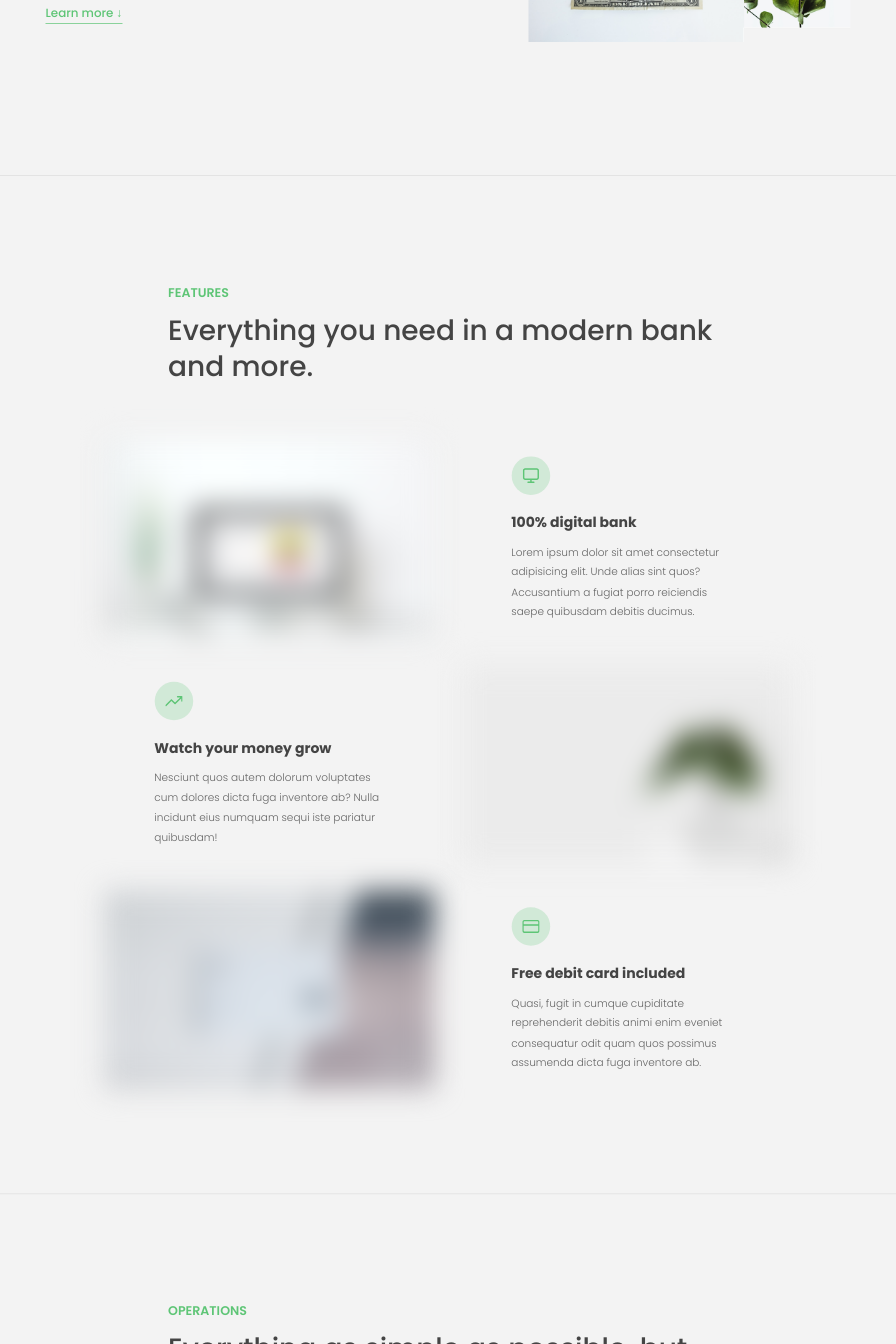
Repository: nptg3105/Bankist
Page: index.html
These files come from the project's save history. The page is drawn as it stood at one moment and after the next save; the edit follows.
The browser window is 1280 px wide. The pictures show the part of the page from y = 470 to 2390 px (the page is 4886 px tall), at 70% of full size.

Above is the page before, as saved 2022-05-27 19:37:18.

After the next save:
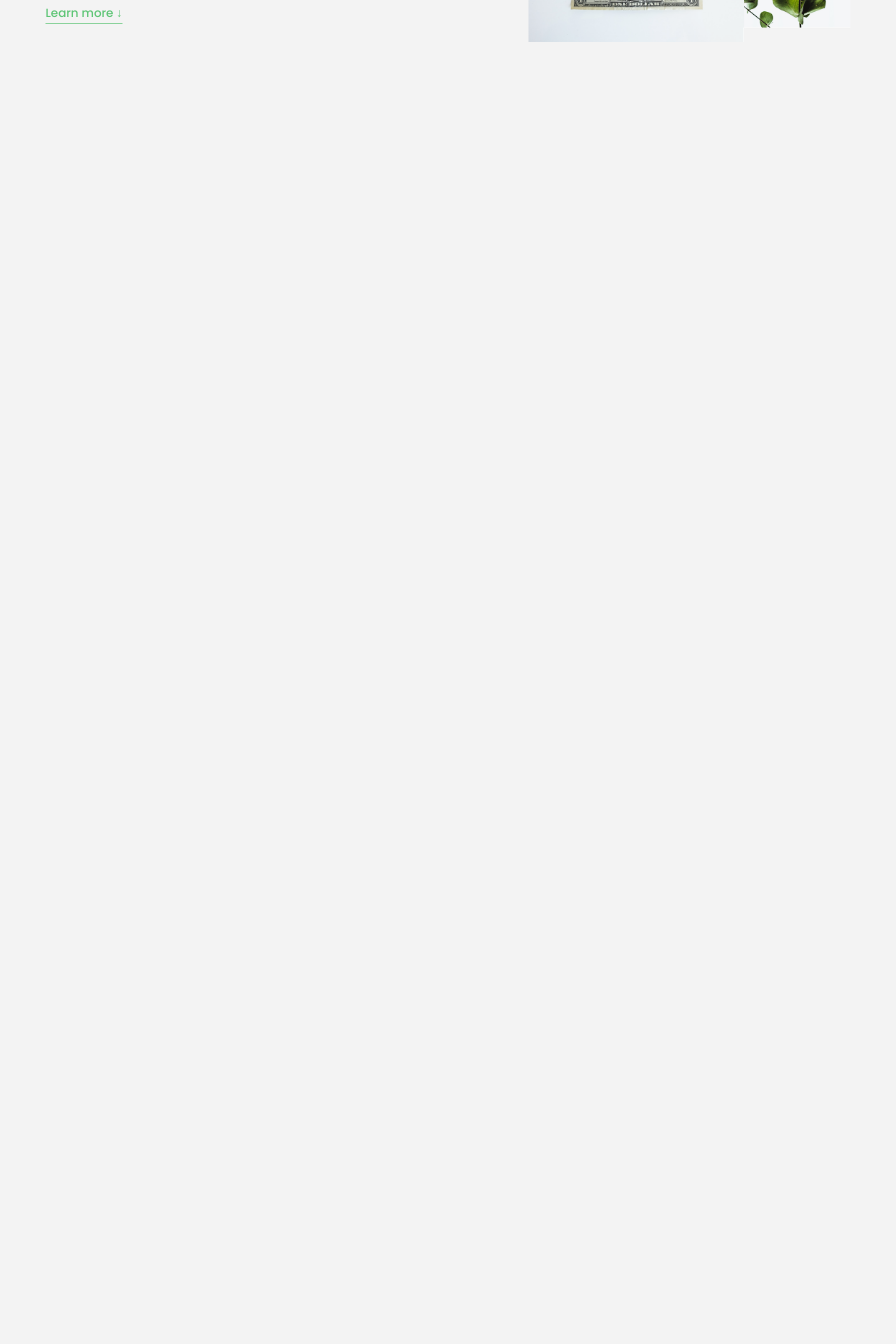
Saved 6 min 17 s later.
--- a/src/js/script.js
+++ b/src/js/script.js
@@ -115,3 +115,8 @@
 function revealSection(entries, observer) {}
 
 const sectionObserver = new IntersectionObserver(revealSection, {});
+
+allSection.forEach((section) => {
+  sectionObserver.observe(section);
+  section.classList.add("section--hidden");
+});

After the 5 saves that followed:
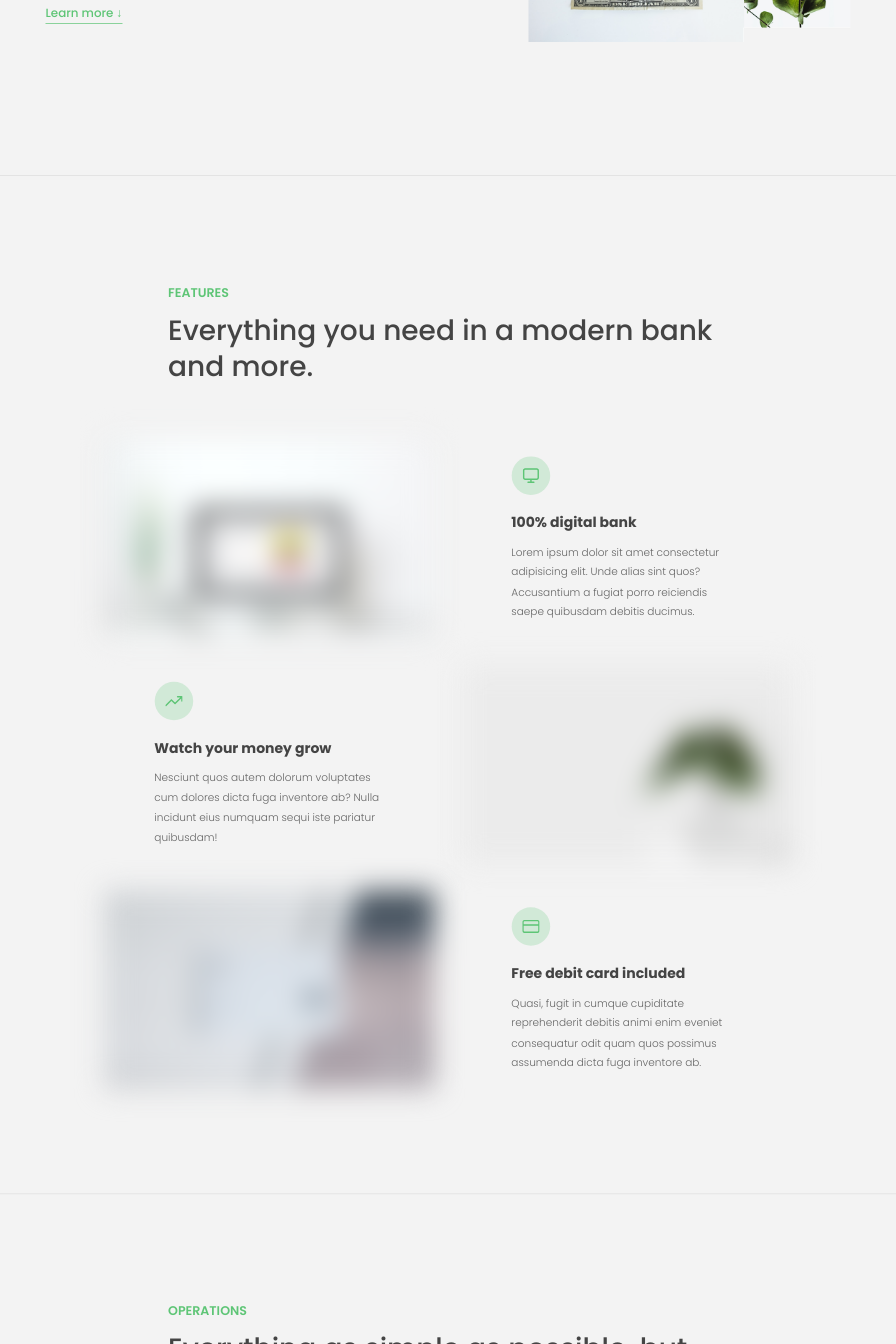
The 5 saves are shown as one change because 4 left the picture as it was.
The last was saved 2 min 24 s later.
--- a/src/js/script.js
+++ b/src/js/script.js
@@ -99,8 +99,6 @@
 console.log(navHeight);
 
 window.addEventListener("scroll", function () {
-  console.log(window.scrollY);
-
   if (window.scrollY > initialCoords.top - navHeight) {
     nav.classList.add("sticky");
   }
@@ -112,9 +110,17 @@
 //Reveal Section
 const allSection = document.querySelectorAll(".section");
 
-function revealSection(entries, observer) {}
+function revealSection(entries, observer) {
+  const [entry] = entries;
+  console.log(entry);
 
-const sectionObserver = new IntersectionObserver(revealSection, {});
+  entry.target.classList.remove("section--hidden");
+}
+
+const sectionObserver = new IntersectionObserver(revealSection, {
+  root: null,
+  threshold: 0.15,
+});
 
 allSection.forEach((section) => {
   sectionObserver.observe(section);
